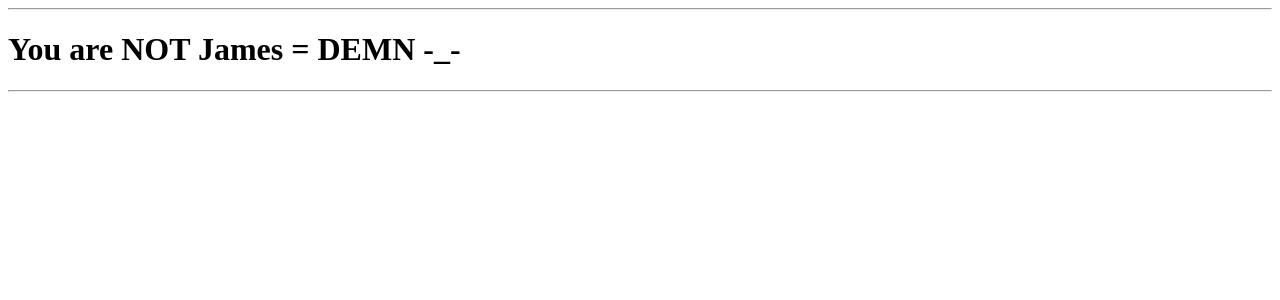
Repository: somnath0796/DeveloperMaterials
Page: http://localhost/DispatcherDemo/S3
The author's editor kept a copy of each file at every save. The page is drawn from the files as they stood at one save, then again after the next save.
The browser window is 1280 px wide. The pictures show the whole page.
The page is served by Tomcat 9.

Above is the page before, as saved 2018-02-01 10:49:33.

After the next save:
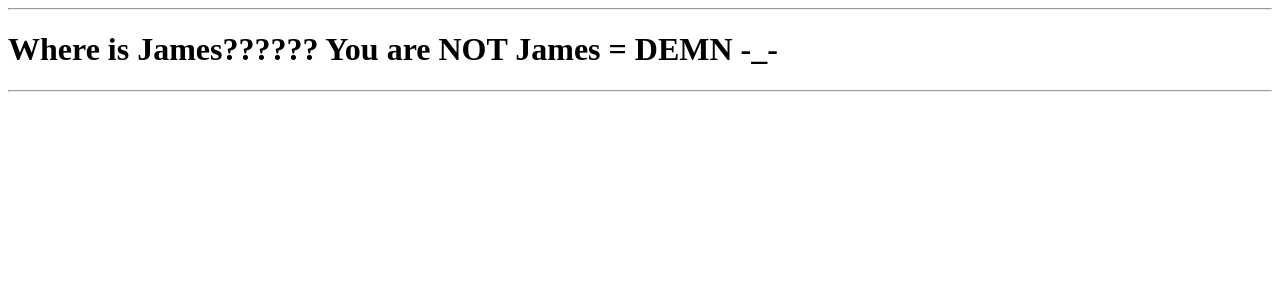
Saved 97 s later.
--- a/DispatcherDemo/src/com/demo/web/S3.java
+++ b/DispatcherDemo/src/com/demo/web/S3.java
@@ -16,7 +16,7 @@ public class S3 extends HttpServlet {
 		response.setContentType("text/html");
 		PrintWriter out = response.getWriter();
 		out.println("<hr>");
-		out.println("<h1>You are NOT James = DEMN -_- </h1>");
+		out.println("<h1>Where is James?????? You are NOT James = DEMN -_- </h1>");
 		out.println("<hr>");
 	}
 
